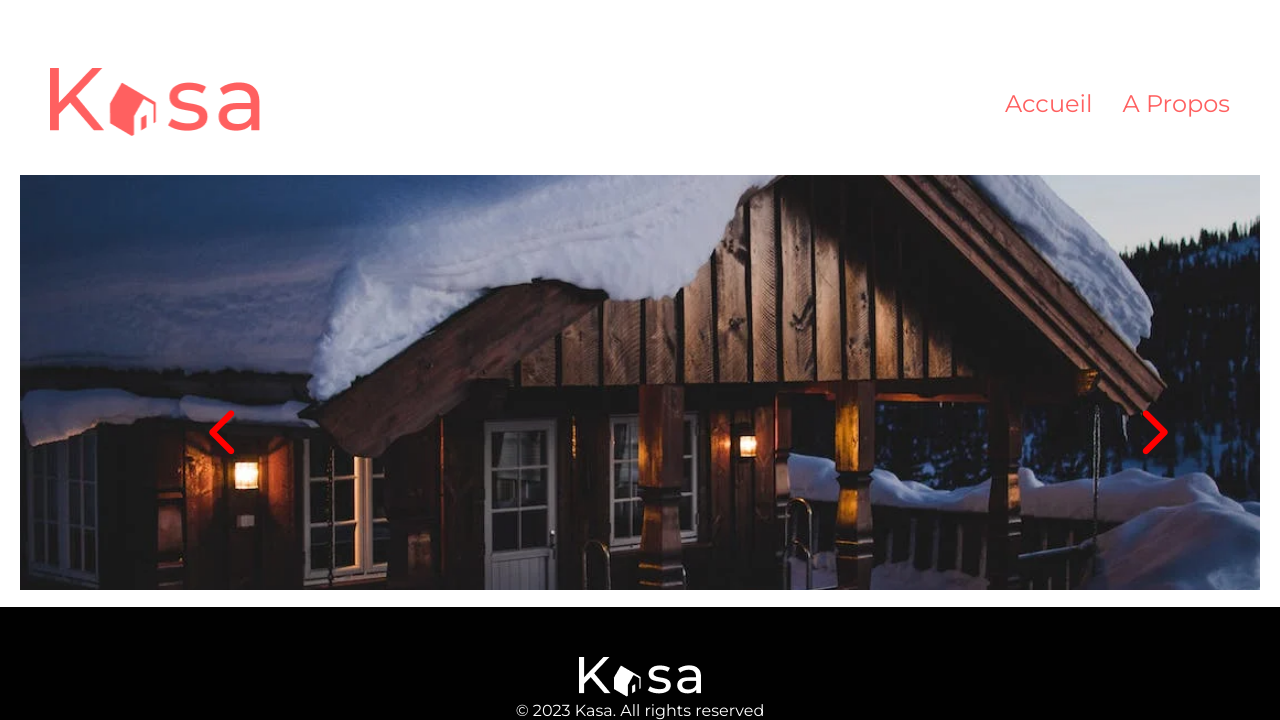
Repository: Ascaris29/Kasa_oc
Page: /essai (app in kasa_project/)
These files come from the project's save history. The page is drawn as it stood at one moment and after the next save; the edit follows.
The browser window is 1280 px wide. The pictures show the whole page.
Some web libraries are served in a nearby version. The project was rebuilt for these pictures with package versions that can differ from the ones it lists, and the page was loaded fresh each time. Also part of the build but not shown: kasa_project/src/pages/homepage/Homepage.module.scss, kasa_project/src/pages/homepage/components/CardLogement.module.scss, kasa_project/src/pages/homepage/components/CardLogement.js, kasa_project/src/pages/homepage/Homepage.js, kasa_project/src/pages/404/404.module.scss, kasa_project/src/pages/404/404.js, kasa_project/src/pages/a_propos/APropos.module.scss, kasa_project/src/pages/a_propos/components/CardDescription.module.scss and 6 more.

Above is the page before, as saved 2023-03-16 16:11:42.

After the next save:
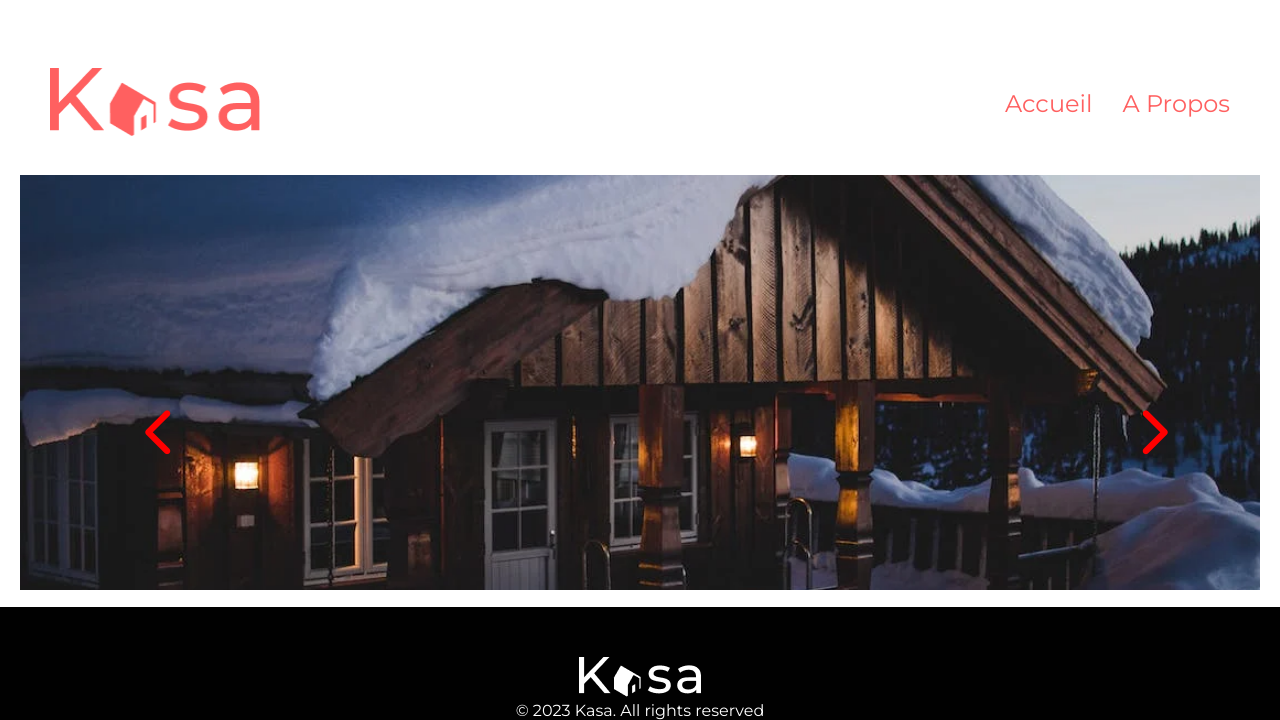
Saved 6 s later.
--- a/kasa_project/src/pages/logement/components/caroussel/Caroussel.module.scss
+++ b/kasa_project/src/pages/logement/components/caroussel/Caroussel.module.scss
@@ -21,7 +21,7 @@
     .chevronLeft{
         position:absolute;
         top:60%;
-        right:80%;
+        right:85%;
         font-size:50px;
         color:red;
         transform:translate(-50%, -50%);
